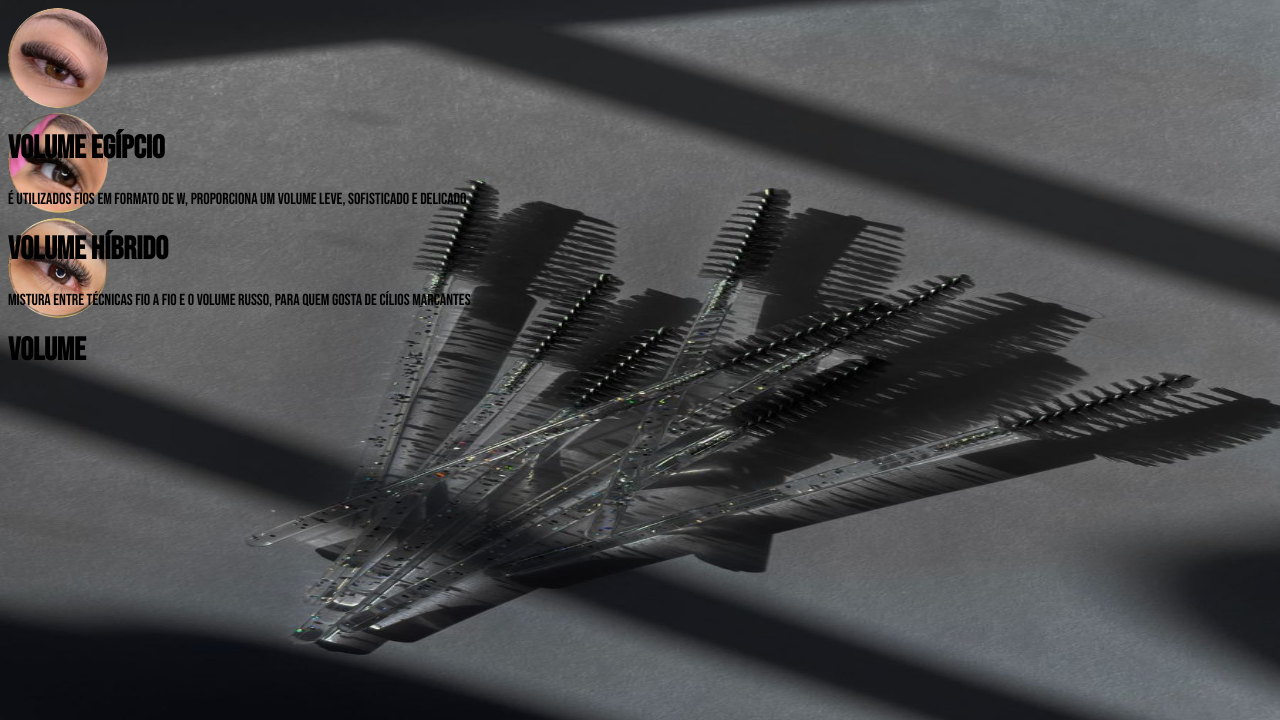
Repository: ketlyn-lash-designer/Ketlyn_Lash_Designer
Page: src/Pages/Modelos.html
The author's editor kept a copy of each file at every save. The page is drawn from the files as they stood at one save, then again after a run of saves.
The browser window is 1280 px wide. The pictures show the whole page.

Above is the page before, as saved 2024-03-29 21:43:37.

After the next 2 saves:
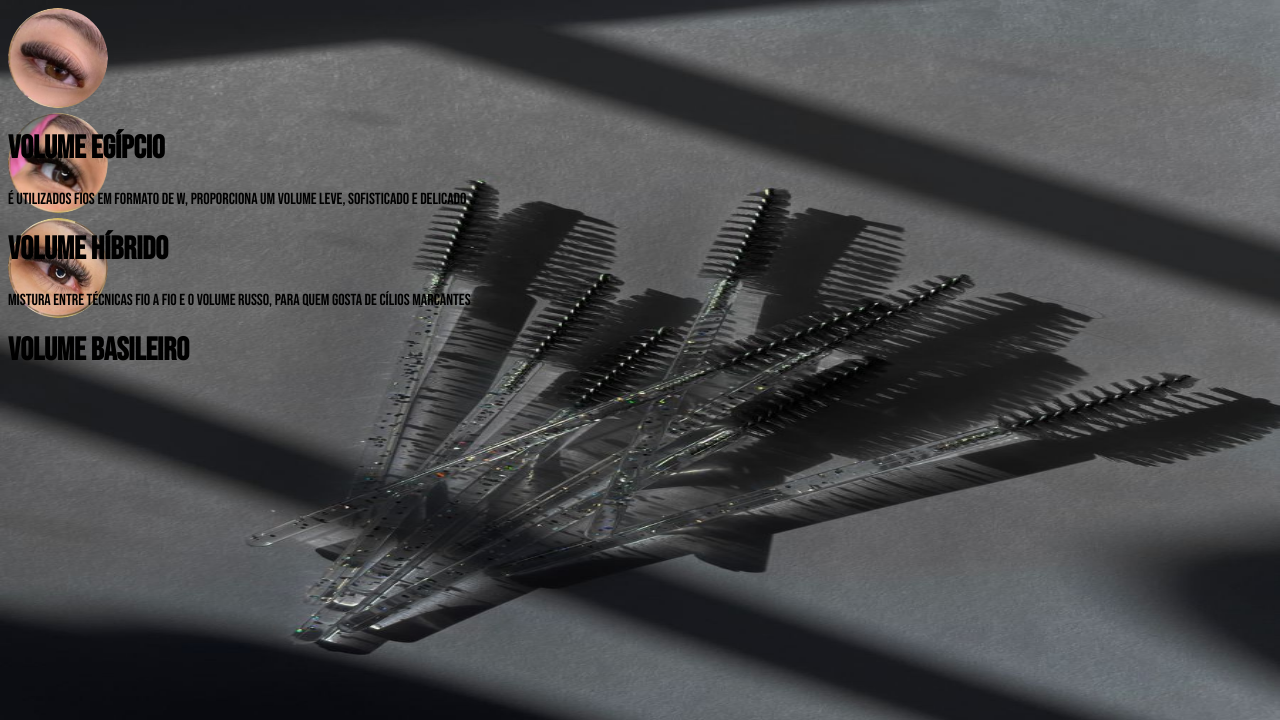
The 2 saves are shown as one change because they came seconds apart.
The last was saved 7 s later.
--- a/src/Pages/Modelos.html
+++ b/src/Pages/Modelos.html
@@ -29,7 +29,8 @@
         Mistura entre técnicas fio a fio e o volume russo, para quem gosta de
         cílios marcantes
       </p>
-			<h1>Volume </h1>
+			<h1>Volume Basileiro</h1>
+			<p></p>
     </div>
   </body>
 </html>
